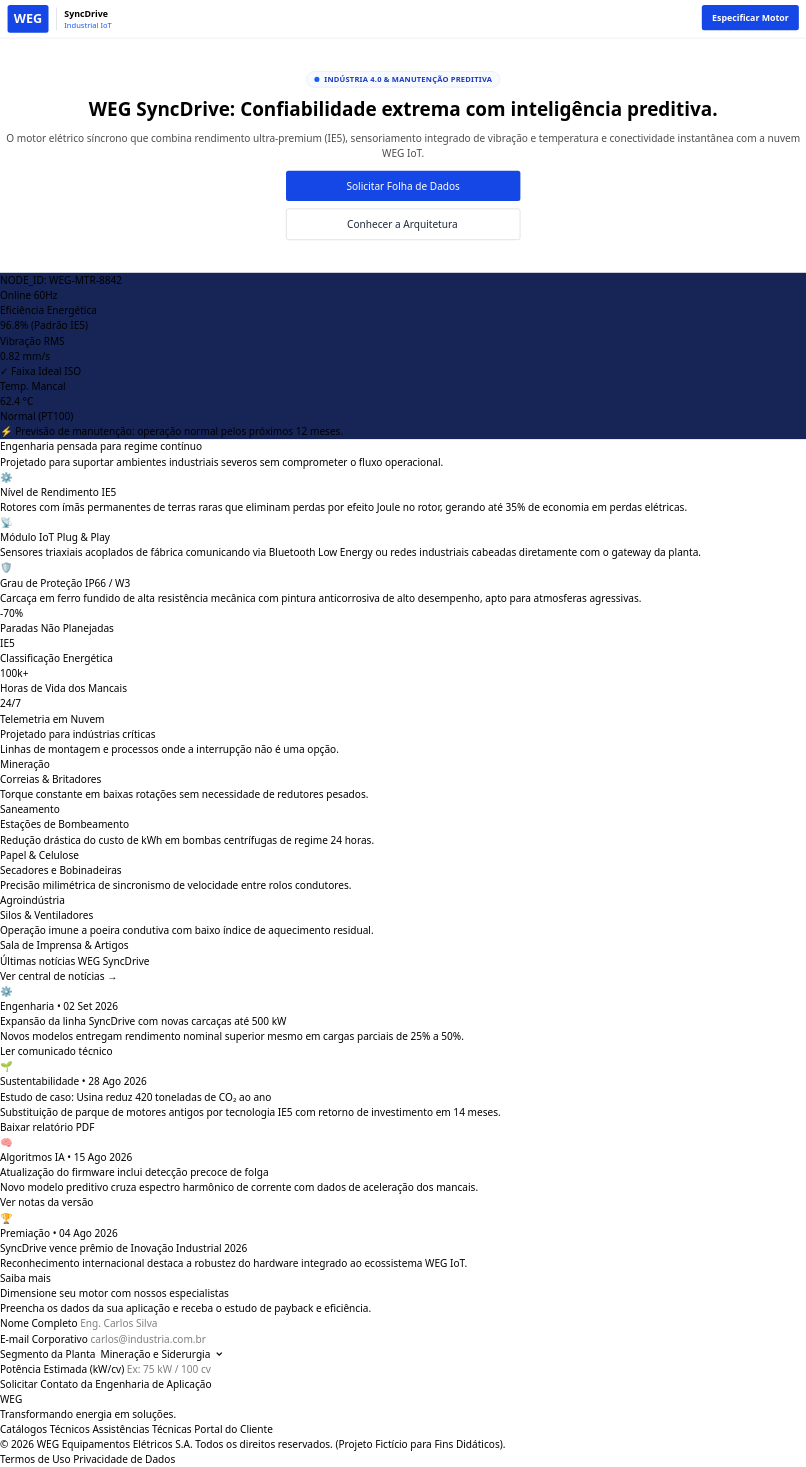
Repository: PatriciaHorst/tailwind-base
Page: index.html
The author's editor kept a copy of each file at every save. The page is drawn from the files as they stood at one save, then again after a run of saves.
The browser window is 1280 px wide. The pictures show the whole page, at 63% of full size.

Above is the page before, as saved 2026-09-08 20:25:08.

After the next 3 saves:
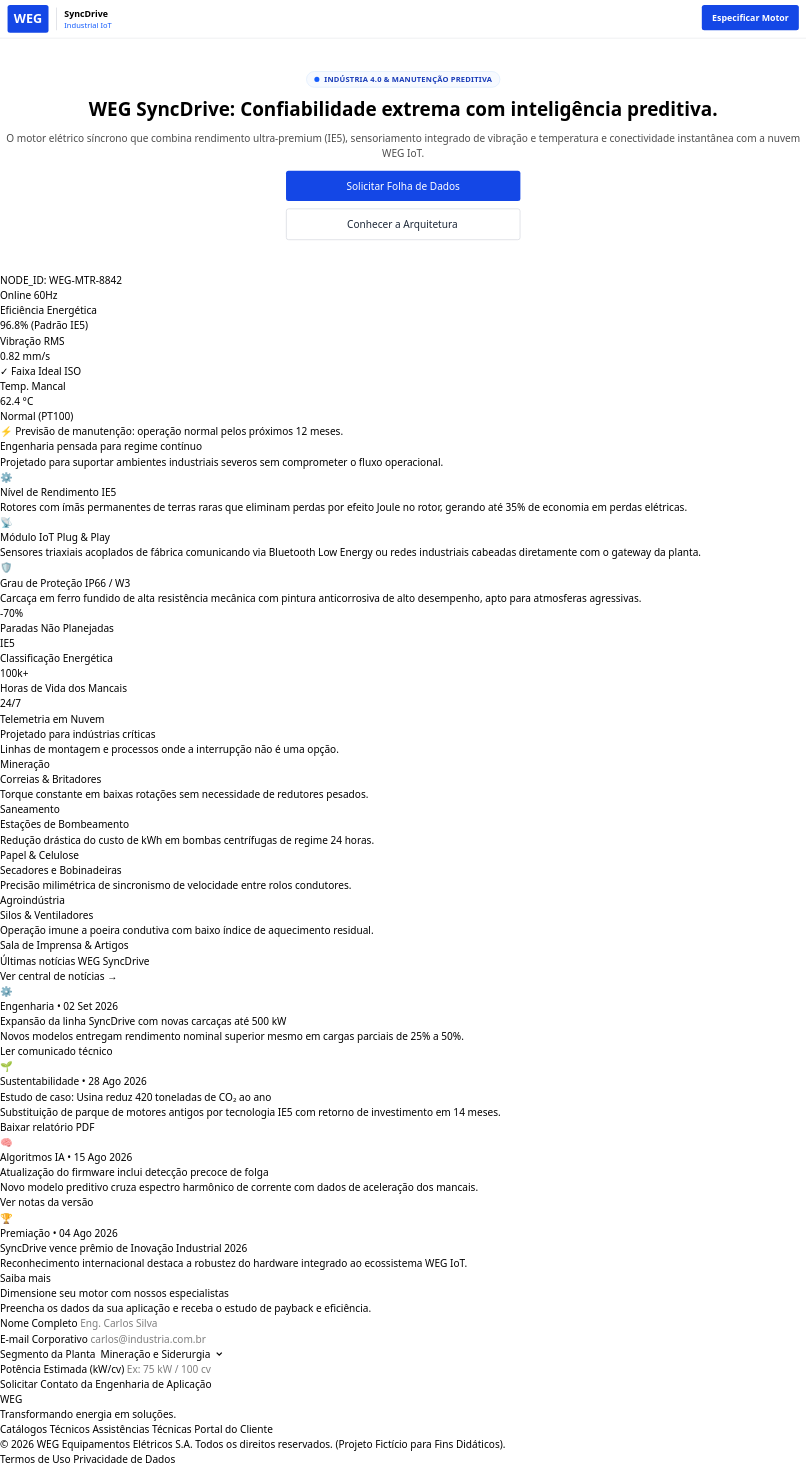
The 3 saves are shown as one change because they came seconds apart.
The last was saved 35 s later.
--- a/index.html
+++ b/index.html
@@ -72,7 +72,7 @@
 
           <!-- Coluna 2: Card de Telemetria IoT -->
           <div>
-            <div class="bg-blue-950">
+            <div class="bg-blue-990">
               <div>
                 <span>NODE_ID: WEG-MTR-8842</span>
                 <div>
